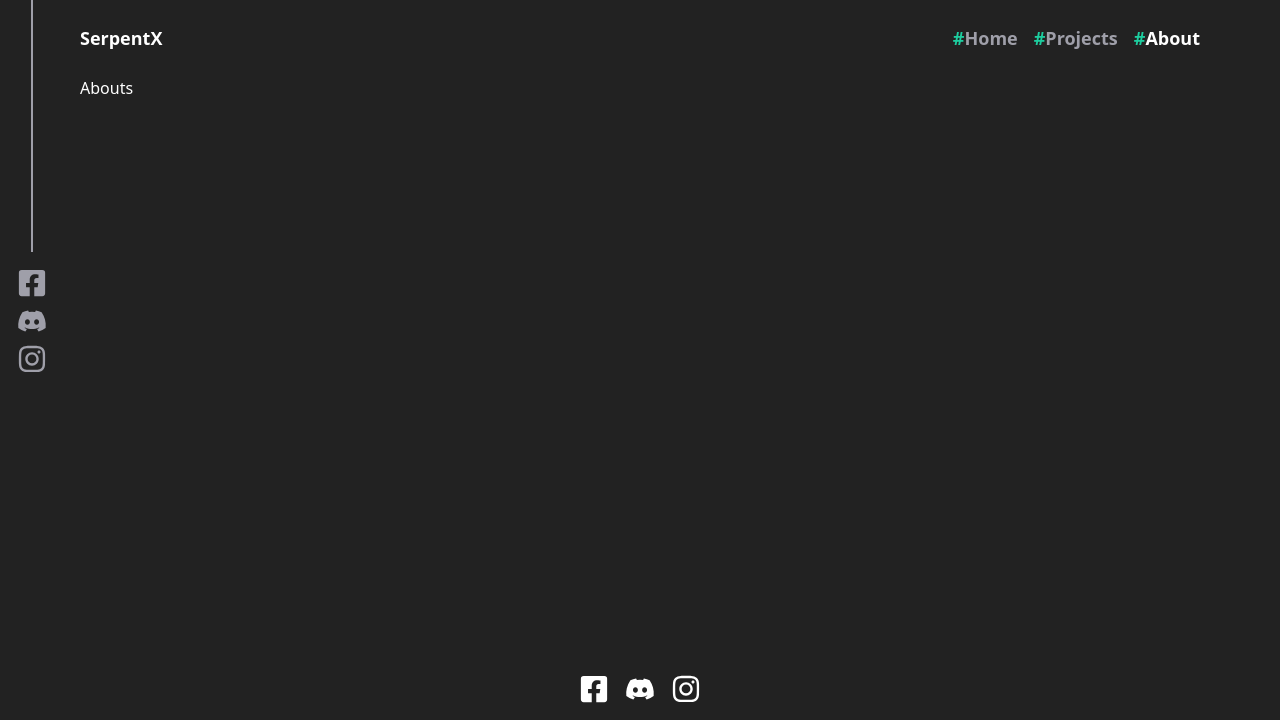
Repository: SERPENTX03/Portfolio-Tutorial
Page: /about
These files come from the project's save history. The page is drawn as it stood at one moment and after the next save; the edit follows.
The browser window is 1280 px wide. The pictures show the whole page.
The project was rebuilt for these pictures with package versions that can differ from the ones it lists, and the page was loaded fresh each time. The framework's server and built-in components were replaced by stand-ins that run in the browser. Also part of the build but not shown: next.config.ts.

Above is the page before, as saved 2025-04-19 20:38:45.

### app/layout.tsx
import type { Metadata } from "next";
import { Geist, Geist_Mono } from "next/font/google";
import "./globals.css";
import SideContact from "@/components/SideContact";
import Navbar from "@/components/nav/Navbar";

const geistSans = Geist({
  variable: "--font-geist-sans",
  subsets: ["latin"],
});

const geistMono = Geist_Mono({
  variable: "--font-geist-mono",
  subsets: ["latin"],
});

export const metadata: Metadata = {
  title: "Create Next App",
  description: "Generated by create next app",
};

export default function RootLayout({
  children,
}: Readonly<{
  children: React.ReactNode;
}>) {
  return (
    <html lang="en">
      <body
        className={`${geistSans.variable} ${geistMono.variable} antialiased`}
      >
        <SideContact />
        <main className="max-w-[1200px] mx-auto px-10 ">
          <Navbar />
          {children}
        </main>
      </body>
    </html>
  );
}

### app/(pages)/about/page.tsx
const Abouts = () => {
  return <div>Abouts</div>;
};
export default Abouts;

### app/globals.css
@import "tailwindcss";

@theme {
  --color-primary: #1dcd9f;
  --color-background: #222222;
  --color-text: #9f9fa9;
}

body {
  background-color: var(--color-background);
  color: white;
}

### components/SideContact.tsx
import Link from "next/link";
import { FaFacebookSquare } from "react-icons/fa";
import { FaDiscord } from "react-icons/fa";
import { FaInstagram } from "react-icons/fa";

const SideContact = () => {
  return (
    <div className="fixed top-0 left-0 w-16 lg:flex flex-col hidden ">
      {/* Line */}
      <div className="h-[35vh] relative">
        <div className="h-full border border-text absolute top-0 left-1/2 -translate-x-1/2"></div>
      </div>
      {/* Socials */}
      <div className="text-text mt-4 flex flex-col gap-2 items-center">
        <Link target="_blank" href="https://www.facebook.com/serpentx.dev">
          <FaFacebookSquare size={30} />
        </Link>
        <Link target="_blank" href="https://discord.gg/serpentx">
          <FaDiscord size={30} />
        </Link>
        <Link target="_blank" href="https://www.instagram.com/serpentx.dev">
          <FaInstagram size={30} />
        </Link>
      </div>
    </div>
  );
};
export default SideContact;

### components/nav/Navbar.tsx
import MenuHamburger from "./MenuHamburger";
import Navlink from "./Navlink";

const Navbar = () => {
  return (
    <div className="flex justify-between items-center py-6">
      <h1 className="text-lg font-semibold ">SerpentX</h1>
      <Navlink />
      <MenuHamburger />
    </div>
  );
};
export default Navbar;

### components/nav/MenuHamburger.tsx
"use client";
import { RiMenuFoldLine } from "react-icons/ri";
import { links } from "@/data/NavLink";
import { useEffect, useState } from "react";
import { IoClose } from "react-icons/io5";
import Link from "next/link";
import { usePathname } from "next/navigation";
import { motion, AnimatePresence } from "framer-motion";
import { FaDiscord, FaFacebookSquare, FaInstagram } from "react-icons/fa";

const MenuHamburger = () => {
  const [isOpen, setIsOpen] = useState(false);
  const pathname = usePathname();

  const handleOpen = () => {
    setIsOpen(!isOpen);
  };

  useEffect(() => {
    setIsOpen(false); // ปิดเมนูเมื่อ path เปลี่ยน
  }, [pathname]);
  return (
    <>
      <AnimatePresence mode="wait">
        {isOpen ? (
          <motion.div
            key="close"
            initial={{ rotate: -90, opacity: 0 }}
            animate={{ rotate: 0, opacity: 1 }}
            exit={{ rotate: 90, opacity: 0 }}
            transition={{ duration: 0.2 }}
            className="cursor-pointer block md:hidden z-50"
            onClick={handleOpen}
          >
            <IoClose size={30} />
          </motion.div>
        ) : (
          <motion.div
            key="menu"
            initial={{ rotate: 90, opacity: 0 }}
            animate={{ rotate: 0, opacity: 1 }}
            exit={{ rotate: -90, opacity: 0 }}
            transition={{ duration: 0.3 }}
            className="cursor-pointer block md:hidden z-10"
            onClick={handleOpen}
          >
            <RiMenuFoldLine size={30} />
          </motion.div>
        )}
      </AnimatePresence>
      {isOpen && (
        <ul className="fixed top-0 left-0 w-full h-screen bg-background ">
          <h1 className="text-2xl font-bold m-3">SerpentX</h1>
          {links.map((nav, index) => (
            <li
              key={index}
              className={`text-2xl m-3 font-semibold text-text ${
                pathname === nav.href ? "text-white" : "text-text"
              }`}
            >
              <Link href={nav.href}>
                <span className="text-primary">#</span>
                {nav.label}
              </Link>
            </li>
          ))}
        </ul>
      )}
      <div className="fixed bottom-4 left-1/2 -translate-x-1/2 flex gap-4">
        <Link target="_blank" href="https://www.facebook.com/serpentx.dev">
          <FaFacebookSquare size={30} />
        </Link>
        <Link target="_blank" href="https://discord.gg/serpentx">
          <FaDiscord size={30} />
        </Link>
        <Link target="_blank" href="https://www.instagram.com/serpentx.dev">
          <FaInstagram size={30} />
        </Link>
      </div>
    </>
  );
};
export default MenuHamburger;

### components/nav/Navlink.tsx
"use client";
import { links } from "@/data/NavLink";
import Link from "next/link";
import { usePathname } from "next/navigation";

const Navlink = () => {
  const pathname = usePathname();
  return (
    <ul className="md:flex gap-4 hidden ">
      {links.map((nav, index) => (
        <li
          key={index}
          className={`text-lg font-semibold text-text ${
            pathname === nav.href ? "text-white" : "text-text"
          }`}
        >
          <Link href={nav.href}>
            <span className="text-primary">#</span>
            {nav.label}
          </Link>
        </li>
      ))}
    </ul>
  );
};
export default Navlink;

### data/NavLink.ts
export const links = [
  {
    label: "Home",
    href: "/",
  },
  {
    label: "Projects",
    href: "/projects",
  },
  {
    label: "About",
    href: "/about",
  },
];

After the next save:
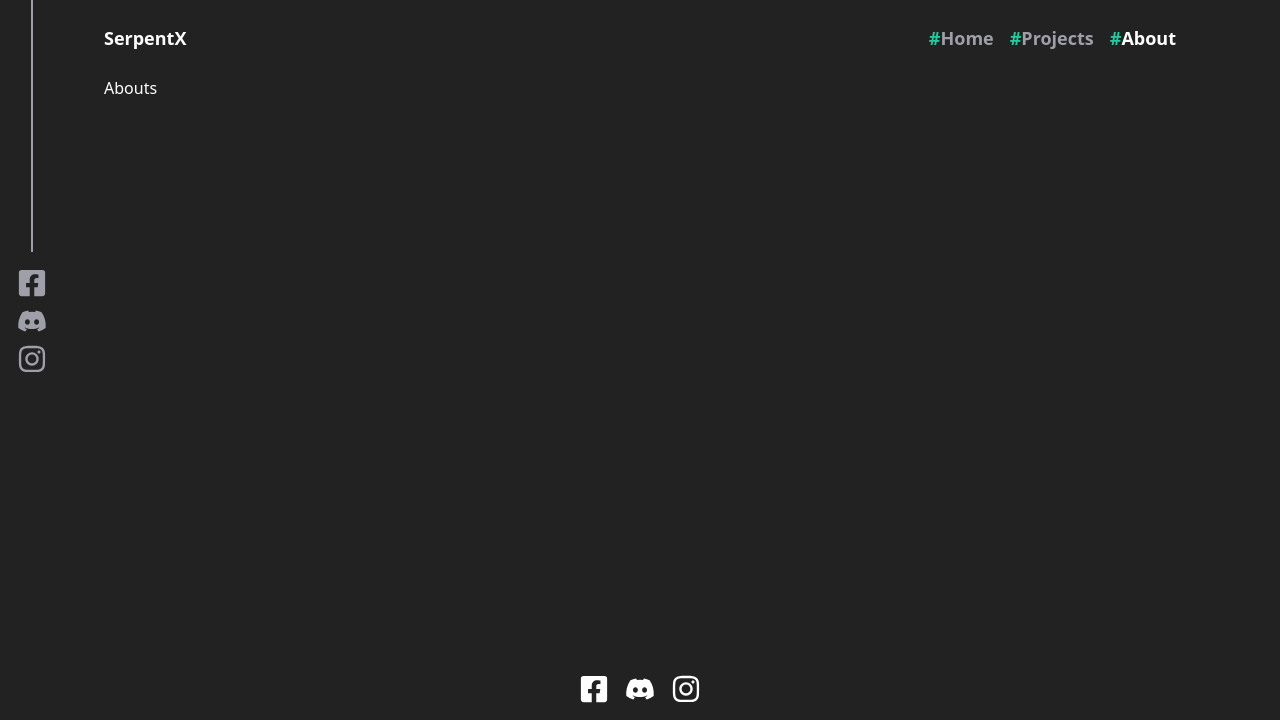
Saved 5 min 52 s later.
--- a/app/layout.tsx
+++ b/app/layout.tsx
@@ -30,7 +30,7 @@ export default function RootLayout({
         className={`${geistSans.variable} ${geistMono.variable} antialiased`}
       >
         <SideContact />
-        <main className="max-w-[1200px] mx-auto px-10 ">
+        <main className="max-w-[1200px] mx-auto px-16 ">
           <Navbar />
           {children}
         </main>
